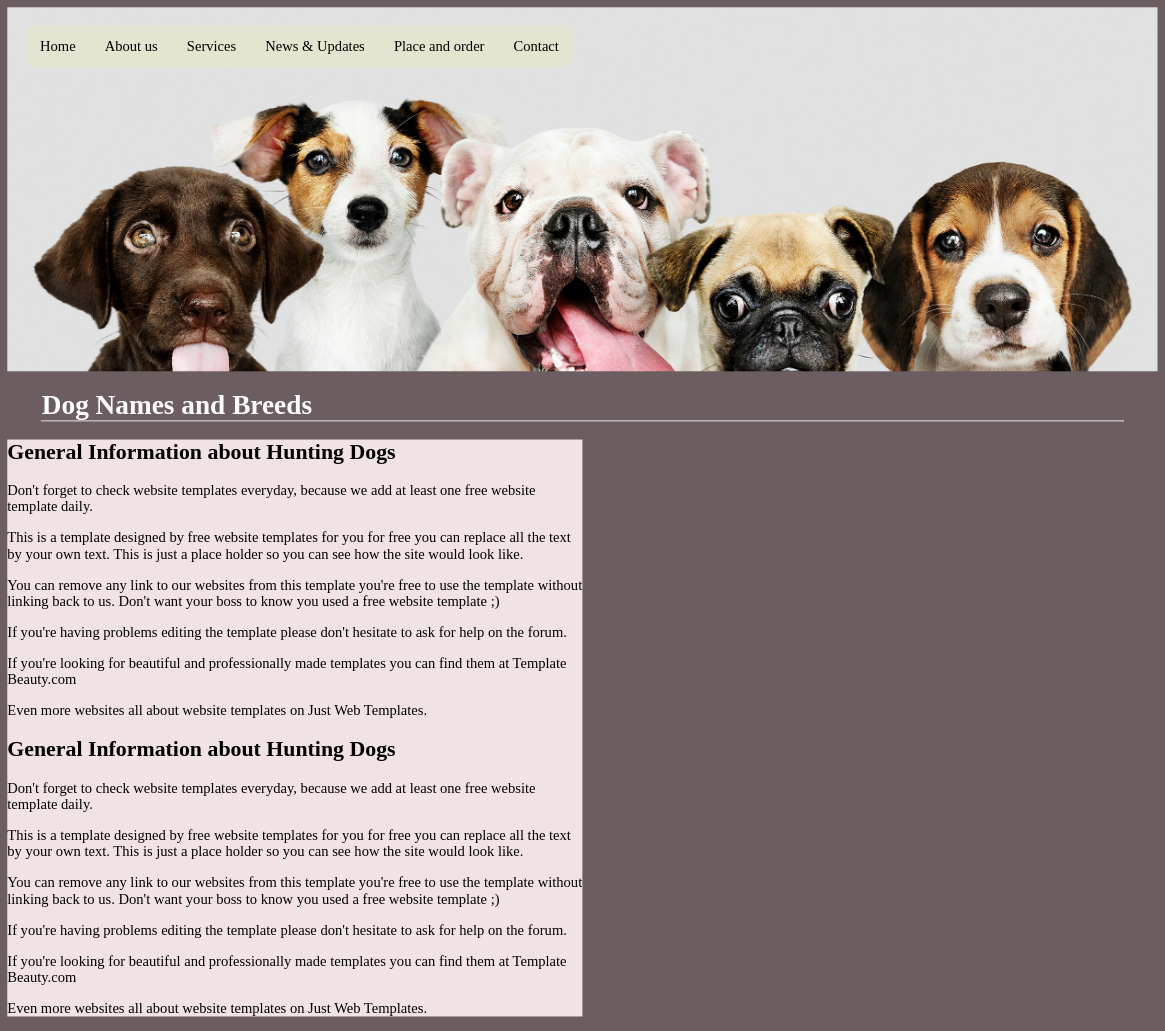
Repository: Tayma-Kazmouz/labwork
Page: index.html
The author's editor kept a copy of each file at every save. The page is drawn from the files as they stood at one save, then again after the next save.
The browser window is 1280 px wide. The pictures show the whole page, at 91% of full size.

Above is the page before, as saved 2022-04-04 16:48:06.

After the next save:
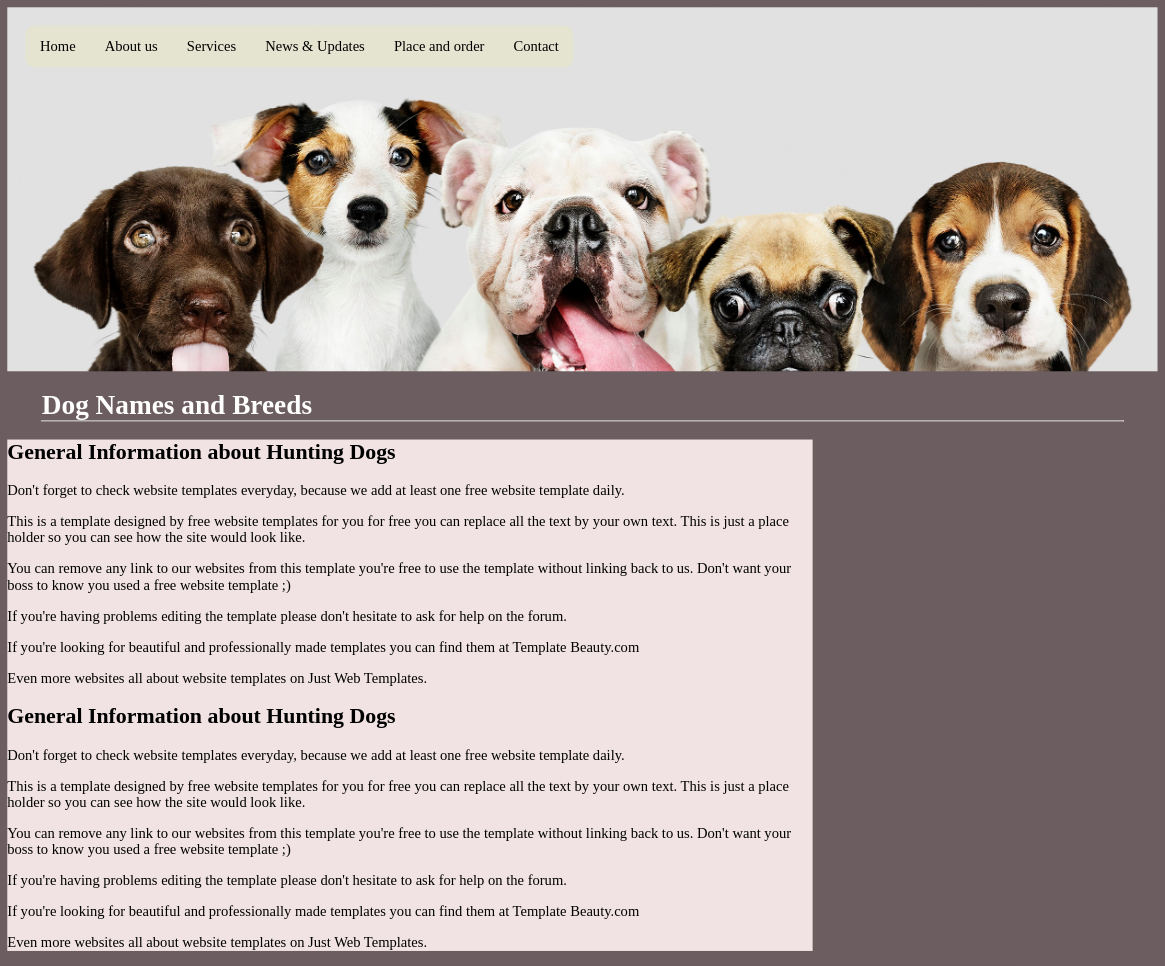
Saved 21 s later.
--- a/styles.css
+++ b/styles.css
@@ -47,5 +47,5 @@ h1{
 
 .container-one{
     background-color: rgb(241, 227, 227);
-    width: 50%;
+    width: 70%;
 }
